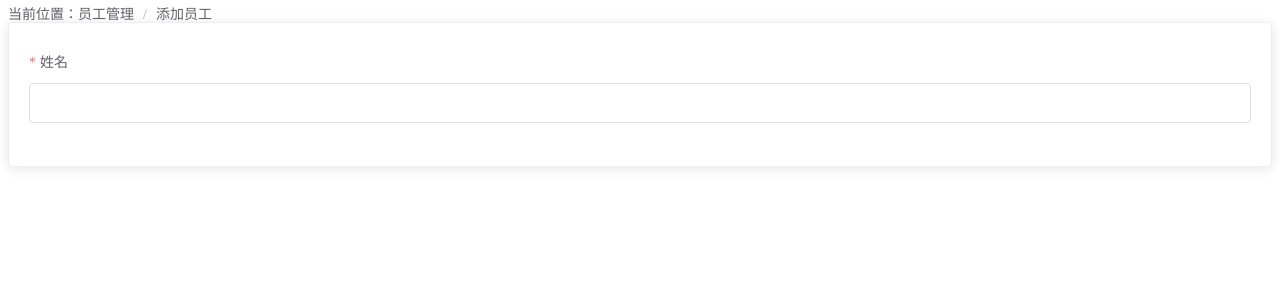
Repository: YUNjwyao/vue_hrm
Page: /#/addEmployee
An editor plug-in stored every save of this project. The page is shown before and after the next save, followed by the edit.
The browser window is 1280 px wide. The pictures show the whole page.
The project was rebuilt for these pictures with package versions that can differ from the ones it lists, and the page was loaded fresh each time. Also part of the build but not shown: src/components/Employee/EmployeeQuery.vue.

Above is the page before, as saved 2020-10-15 20:05:39.

After the next save:
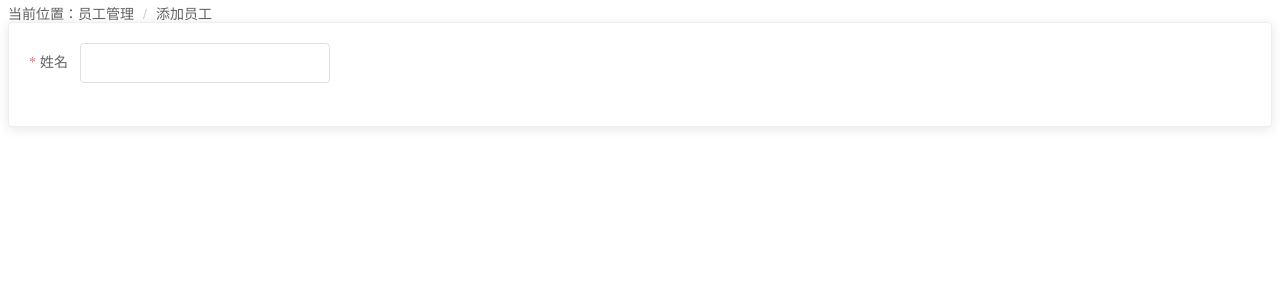
Saved 59 s later.
--- a/src/components/Employee/ShowAddEmployee.vue
+++ b/src/components/Employee/ShowAddEmployee.vue
@@ -39,3 +39,9 @@ export default {
   },
 };
 </script>
+
+<style lang="less" scoped>
+.el-input{
+	width: 250px;
+}
+</style>
